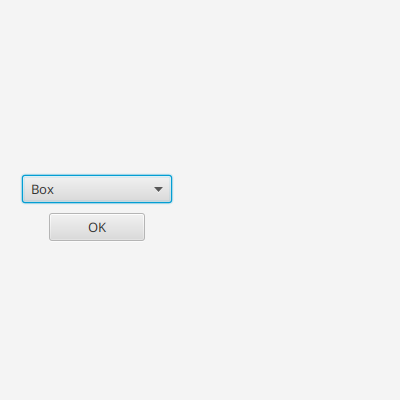
Repository: pydawan/Java_FX
Program's window: java workspace/JavaFX_ProjetoListView1/src/application/Main.java
These files come from the project's save history. The program's window is drawn as it stood at one moment and after the next save; the edit follows.
It runs on Java 21 on a 1366 x 768 screen with JavaFX 11; the title bar is not drawn.

Above is the program's window before, as saved 2016-11-25 17:05:43.

### workspace/JavaFX_ProjetoListView1/src/application/Main.java
package application;

import javafx.application.Application;
import javafx.fxml.FXMLLoader;
import javafx.stage.Stage;
import javafx.scene.Parent;
import javafx.scene.Scene;
import javafx.scene.layout.BorderPane;


public class Main extends Application {
	@Override
	public void start(Stage primaryStage) {
		try {
			Parent root = FXMLLoader.load(getClass().getResource("/application/Main.fxml"));
			Scene scene = new Scene(root);
			scene.getStylesheets().add(getClass().getResource("application.css").toExternalForm());
			primaryStage.setScene(scene);
			primaryStage.show();
		} catch(Exception e) {
			e.printStackTrace();
		}
	}

	public static void main(String[] args) {
		launch(args);
	}
}

### workspace/JavaFX_ProjetoListView1/src/application/MainController.java
package application;

import java.net.URL;
import java.util.ResourceBundle;

import javafx.collections.FXCollections;
import javafx.collections.ObservableList;
import javafx.event.ActionEvent;
import javafx.fxml.FXML;
import javafx.fxml.Initializable;
import javafx.scene.control.ComboBox;
import javafx.scene.control.Label;

public class MainController implements Initializable{

	@FXML
	private Label minhaL;

	@FXML
	private ComboBox<String> combobox;

	ObservableList<String> lista = FXCollections.observableArrayList("Rafael","rose");


	@Override
	public void initialize(URL location, ResourceBundle resources) {
		// TODO Auto-generated method stub

	}
	public void comboChanged(ActionEvent evento){
		combobox.getItems().addAll("Rafael","rose");

	}
	public void buttonAction(ActionEvent eventoButton){
		combobox.getItems().addAll("Rafael");
		minhaL.setText(combobox.getValue());
	}


}

### workspace/JavaFX_ProjetoListView1/src/application/Main.fxml
<?xml version="1.0" encoding="UTF-8"?>

<?import javafx.scene.text.*?>
<?import javafx.scene.control.*?>
<?import java.lang.*?>
<?import javafx.scene.layout.*?>
<?import javafx.scene.layout.AnchorPane?>
<?import javafx.collections.*?>


<AnchorPane prefHeight="400.0" prefWidth="400.0" xmlns:fx="http://javafx.com/fxml/1" xmlns="http://javafx.com/javafx/8" fx:controller="application.MainController">
   <children>
      <ComboBox fx:id="combobox" layoutX="22.0" layoutY="175.0" onAction="#comboChanged" prefWidth="150.0" promptText="Box ">
      <items>
      	<FXCollections fx:factory="observableArrayList">
      		<String fx:value="Item 1"/>
      		<String fx:value="Item 2"/>
      		<String fx:value="Item 3"/>
      	</FXCollections>
      </items>
      </ComboBox>
      <Button layoutX="49.0" layoutY="213.0" mnemonicParsing="false" onAction="#buttonAction" prefHeight="25.0" prefWidth="96.0" text="OK" />
      <Label fx:id="minhaL" alignment="CENTER" layoutX="25.0" layoutY="24.0" prefHeight="119.0" prefWidth="150.0">
         <font>
            <Font size="18.0" />
         </font>
      </Label>
   </children>
</AnchorPane>

Loaded but not shown: workspace/JavaFX_ProjetoListView1/src/application/application.css (common file)

After the next save:
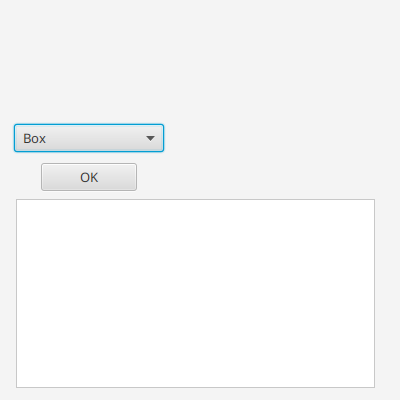
Saved 4 s later.
--- a/workspace/JavaFX_ProjetoListView1/src/application/Main.fxml
+++ b/workspace/JavaFX_ProjetoListView1/src/application/Main.fxml
@@ -7,23 +7,23 @@
 <?import javafx.scene.layout.AnchorPane?>
 <?import javafx.collections.*?>
 
-
-<AnchorPane prefHeight="400.0" prefWidth="400.0" xmlns:fx="http://javafx.com/fxml/1" xmlns="http://javafx.com/javafx/8" fx:controller="application.MainController">
-   <children>
-      <ComboBox fx:id="combobox" layoutX="22.0" layoutY="175.0" onAction="#comboChanged" prefWidth="150.0" promptText="Box ">
-      <items>
-      	<FXCollections fx:factory="observableArrayList">
-      		<String fx:value="Item 1"/>
-      		<String fx:value="Item 2"/>
-      		<String fx:value="Item 3"/>
-      	</FXCollections>
-      </items>
-      </ComboBox>
-      <Button layoutX="49.0" layoutY="213.0" mnemonicParsing="false" onAction="#buttonAction" prefHeight="25.0" prefWidth="96.0" text="OK" />
-      <Label fx:id="minhaL" alignment="CENTER" layoutX="25.0" layoutY="24.0" prefHeight="119.0" prefWidth="150.0">
-         <font>
-            <Font size="18.0" />
-         </font>
-      </Label>
-   </children>
+<AnchorPane prefHeight="400.0" prefWidth="400.0" xmlns="http://javafx.com/javafx/8" xmlns:fx="http://javafx.com/fxml/1" fx:controller="application.MainController">
+	<children>
+		<ComboBox fx:id="combobox" layoutX="14.0" layoutY="124.0" onAction="#comboChanged" prefWidth="150.0" promptText="Box ">
+			<items>
+				<FXCollections fx:factory="observableArrayList">
+					<String fx:value="Item 1" />
+					<String fx:value="Item 2" />
+					<String fx:value="Item 3" />
+				</FXCollections>
+			</items>
+		</ComboBox>
+		<Button layoutX="41.0" layoutY="163.0" mnemonicParsing="false" onAction="#buttonAction" prefHeight="25.0" prefWidth="96.0" text="OK" />
+		<Label fx:id="minhaL" alignment="CENTER" layoutX="14.0" layoutY="30.0" prefHeight="64.0" prefWidth="150.0">
+			<font>
+				<Font size="18.0" />
+			</font>
+		</Label>
+      <ListView fx:id="myListView" layoutX="16.0" layoutY="199.0" prefHeight="189.0" prefWidth="359.0" />
+	</children>
 </AnchorPane>
